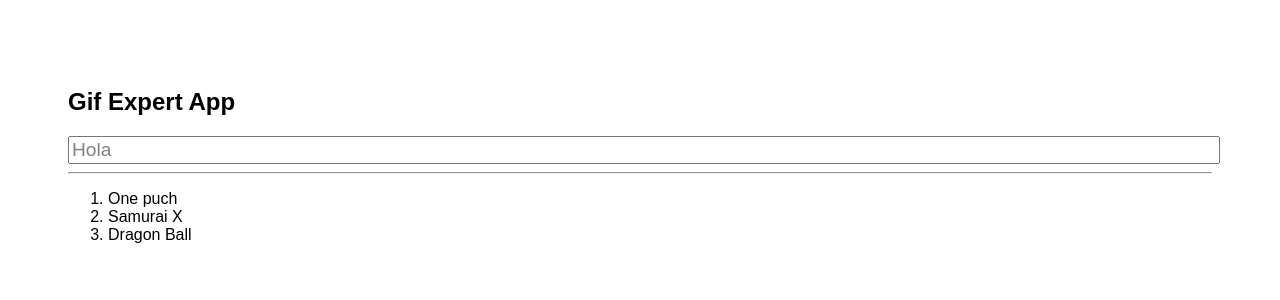
Repository: ppfeliuu/gifs-app
Page: /
An editor plug-in stored every save of this project. The page is shown before and after the next save, followed by the edit.
The browser window is 1280 px wide. The pictures show the whole page.
The project was rebuilt for these pictures with package versions that can differ from the ones it lists, and the page was loaded fresh each time.

Above is the page before, as saved 2021-05-26 09:53:00.

### src/index.js
import React from "react";
import ReactDOM from "react-dom";
import GifExpertApp from "./GifExpertApp";
import "./index.css";

ReactDOM.render(
  <GifExpertApp />,

  document.getElementById("root")
);

### src/GifExpertApp.js
import React, { useState } from "react";
import AddCategory from "./components/AddCategory";

export const GifExpertApp = () => {
  const [categories, setCategories] = useState([
    "One puch",
    "Samurai X",
    "Dragon Ball",
  ]);

  /* const handleAdd = () => {
    setCategories([...categories, "Hunter"]);
  }; */

  return (
    <div>
      <h2>Gif Expert App</h2>
      <AddCategory setCategories={setCategories} />
      <hr />

      <ol>
        {categories.map((category) => (
          <li key={category}>{category}</li>
        ))}
      </ol>
    </div>
  );
};

export default GifExpertApp;

### src/index.css
* {
  font-family: Arial, Helvetica, sans-serif;
}

body {
  padding: 60px;
}

input {
  color: grey;
  font-size: 1.2rem;
  width: 100%;
}

### src/components/AddCategory.js
import React, { useState } from "react";

const AddCategory = ({ setCategories }) => {
  const [inputValue, setInputValue] = useState("Hola");

  const handleInputChange = (e) => {
    setInputValue(e.target.value);
  };

  const handleSubmit = (e) => {
    e.preventDefault();
    setCategories((c) => [...c, inputValue]);
  };

  return (
    <form onSubmit={handleSubmit}>
      <input type="text" value={inputValue} onChange={handleInputChange} />
    </form>
  );
};

export default AddCategory;

Loaded but not shown: public/index.html (common file)

After the next save:
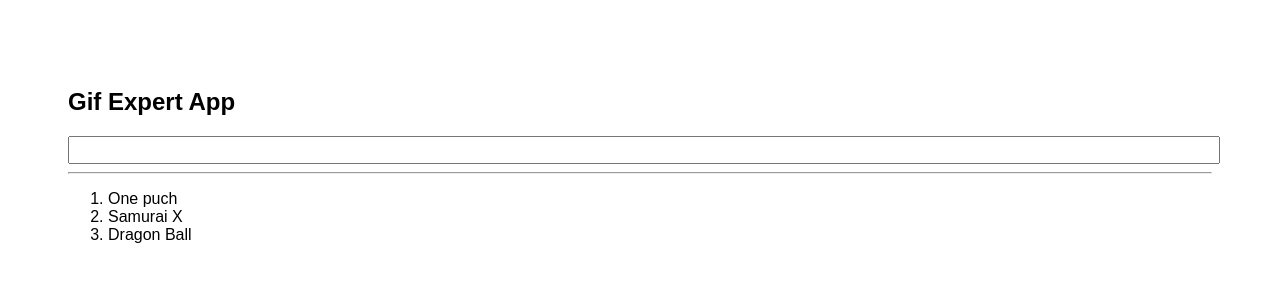
Saved 28 s later.
--- a/src/components/AddCategory.js
+++ b/src/components/AddCategory.js
@@ -1,7 +1,7 @@
 import React, { useState } from "react";
 
 const AddCategory = ({ setCategories }) => {
-  const [inputValue, setInputValue] = useState("Hola");
+  const [inputValue, setInputValue] = useState("");
 
   const handleInputChange = (e) => {
     setInputValue(e.target.value);
